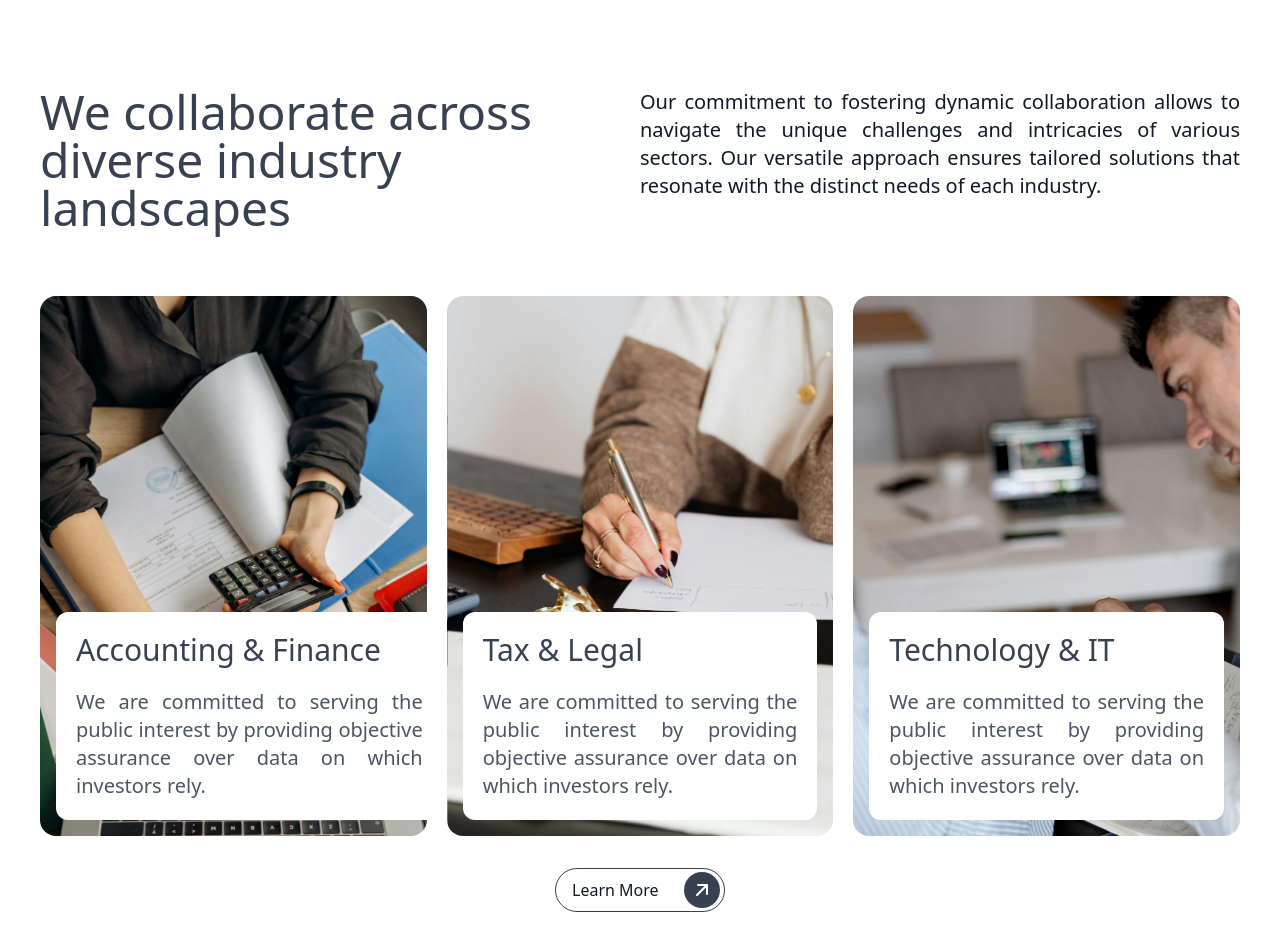
Repository: vespersolutionspk18/integrast-website
Page: /
These files come from the project's save history. The page is drawn as it stood at one moment and after the next save; the edit follows.
The browser window is 1280 px wide. The pictures show the part of the page from y = 850 to 1802 px (the page is 1802 px tall).
The project was rebuilt for these pictures with package versions that can differ from the ones it lists, and the page was loaded fresh each time. The framework's server and built-in components were replaced by stand-ins that run in the browser. Also part of the build but not shown: next.config.ts.

Above is the page before, as saved 2024-12-09 16:26:39.

### app/layout.tsx
import type { Metadata } from "next";
import localFont from "next/font/local";
import "./globals.css";

const geistSans = localFont({
  src: "./fonts/GeistVF.woff",
  variable: "--font-geist-sans",
  weight: "100 900",
});
const geistMono = localFont({
  src: "./fonts/GeistMonoVF.woff",
  variable: "--font-geist-mono",
  weight: "100 900",
});

export const metadata: Metadata = {
  title: "Integra Strategy",
  description: "-",
};

export default function RootLayout({
  children,
}: Readonly<{
  children: React.ReactNode;
}>) {
  return (
    <html lang="en">
      <body
        className={`${geistSans.variable} ${geistMono.variable} antialiased`}
      >
        {children}
      </body>
    </html>
  );
}

### app/page.tsx
import Image from "next/image";
import Header from "./Header";
import Hero from "./Hero";
import Services from "./Services";

export default function Home() {
  return (
    <div>
      <Header />
      <Hero />
      <Services />
    </div>
  );
}

### app/Hero.tsx
import React from 'react'
import ButtonArrowwhite from "@/public/assets/buttonarrowwhite.svg";
import ButtonArrow from "@/public/assets/buttonarrow.svg";
const Hero = () => {
  return (
    <div className="flex flex-col p-10 ">
        <div className="flex flex-row mt-24 h-[190px] gap-5 ">
            <div className="w-[55%] flex flex-col">
                <h1 className="font-light font-sans text-6xl text-gray-600">Unlock Prosperity, <span className="text-gray-800">Choose Expert Guidance</span></h1>
                <h4 className="text-xl font-sans font-light text-gray-900 mt-6">Embark on a transformative journey to financial prosperity with our personalized accountancy services</h4>
            </div>
            <div className="w-[45%] flex flex-col justify-between ">
                <h4 className="text-xl text-justify font-light font-sans text-gray-900">Unlock tailored strategies, benefit from insightful guidances, and follow a clear pathway to achieve your financial success. Elevate your financial journey with our dedicated support and expertise. Contact us today to start your journey towards financial freedom.</h4>
                <div className="flex flex-row gap-5 pt-10">
                <div>
                <div id="button"
  className="group  bg-white h-[44px] flex-row border-[1px] border-gray-700 text-gray-900 text-[16px] py-1 px-1 font-light rounded-full hidden md:flex items-center justify-between w-[170px] transition-width duration-500 ease-in-out  hover:w-[195px] hover:bg-gray-700 hover:border-gray-700 hover:text-white hover:cursor-pointer "

>
  <div className="mx-3 font-sans font-regular">Get In Touch</div>
  <div className="bg-gray-700 rounded-full h-[36px] w-[36px] flex items-center justify-center transition-transform duration-500 ease-in-out group-hover:rotate-45">
    <ButtonArrowwhite className="h-[24px] w-[24px]" />
  </div>
            </div>
                </div>
                <div>
                <div id="button"
  className="group  bg-gray-700 h-[44px] flex-row border-[1px] border-gray-700 text-white text-[16px] py-1 px-1 font-light rounded-full hidden md:flex items-center justify-between w-[170px] transition-width duration-500 ease-in-out  hover:w-[195px] hover:bg-white hover:border-gray-700 hover:text-gray-700 hover:cursor-pointer "

>
  <div className="mx-3 font-sans font-regular">Get a Quote</div>
  <div className="bg-white rounded-full h-[36px] w-[36px] flex items-center justify-center transition-transform duration-500 ease-in-out group-hover:rotate-45 group-hover:border-[1px] group-hover:border-gray-700">
    <ButtonArrow className="h-[24px] w-[24px]" />
  </div>
            </div>
                </div>

                </div>
            </div>
        </div>


        <div className="flex flex-row h-[380px] gap-4 mt-16">
            <div className="w-[70%] transition-all duration-500 ease-in-out hover:w-[80%] rounded-2xl bg-cover bg-center" style={{backgroundImage: `url('/assets/heroimage3.jpg')`}}></div>
            <div className="w-[30%] transition-all duration-500 ease-in-out hover:w-[40%] flex flex-col justify-between ">
                <div className="w-full h-full rounded-2xl bg-cover bg-center" style={{backgroundImage: `url('/assets/heroimage4.jpg')`}}></div>
                <h5 className="font-sans text-gray-900 text-justify text-xl mt-3  font-light">Tailored solutions, expert guidance, and strategic planning to secure your wealth and achieve your financial goals seamlessly</h5>
            </div>
        </div>
    </div>
  )
}

export default Hero

### app/Services.tsx
import React from 'react'
import ButtonArrowwhite from "@/public/assets/buttonarrowwhite.svg";
import ButtonArrow from "@/public/assets/buttonarrow.svg";
const Services = () => {
  return (
    <div className="flex flex-col p-10 mt-16 items-center ">
        <div className="flex flex-row items-start justify-start ">
            <div className="w-1/2 font-sans font-light text-5xl text-gray-700">We collaborate across diverse industry landscapes</div>
            <div className="w-1/2 font-sans text-gray-900 text-justify text-xl  font-light">Our commitment to fostering dynamic collaboration allows to navigate the unique challenges and intricacies of various sectors. Our versatile approach ensures tailored solutions that resonate with the distinct needs of each industry.</div>
        </div>
        <div className="flex flex-row gap-5 mt-16">
            <div className="rounded-2xl w-1/3 h-[540px] bg-cover bg-center flex items-end  " style={{backgroundImage: `url('/assets/audit.jpg')`}}>
            <div className="group">
  <div className="bg-white m-4 w-full rounded-[12px] flex flex-col relative transition-all duration-500 ease-in-out hover:pb-[120px] min-h-[180px]">
    <h5 className="ml-5 mt-5 mr-5 mb-5 font-sans text-3xl text-gray-700 font-light">
      Accounting & Finance
    </h5>
    <p className="ml-5 mr-5 mb-5 text-justify font-sans font-light text-xl text-gray-600">
      We are committed to serving the public interest by providing objective assurance over data on which investors rely.
    </p>
    {/* Hidden div */}
    <div className="absolute bottom-5 left-5 bg-blue-500 text-white px-4 py-2 rounded-md opacity-0 invisible transition-all duration-500 group-hover:opacity-100 group-hover:visible">
      Learn More
    </div>
  </div>
</div>

</div>
            <div className="rounded-2xl w-1/3 h-[540px] bg-cover bg-center flex items-end" style={{backgroundImage: `url('/assets/tax.jpg')`}}>
            <div className="bg-white m-4 w-full rounded-[12px] flex flex-col transition-all duration-500 ease-in-out hover:pb-[120px] min-h-[180px]">
  <h5 className="ml-5 mt-5 mr-5 mb-5 font-sans text-3xl text-gray-700 font-light">
    Tax & Legal
  </h5>
  <p className="ml-5 mr-5 mb-5 text-justify font-sans font-light text-xl text-gray-600">
    We are committed to serving the public interest by providing objective assurance over data on which investors rely.
  </p>
</div>
</div>
            <div className="rounded-2xl w-1/3 h-[540px] bg-cover bg-center flex items-end" style={{backgroundImage: `url('/assets/tech.jpg')`}}>
            <div className="bg-white m-4 w-full rounded-[12px] flex flex-col transition-all duration-500 ease-in-out hover:pb-[120px] min-h-[180px]">
  <h5 className="ml-5 mt-5 mr-5 mb-5 font-sans text-3xl text-gray-700 font-light">
    Technology & IT
  </h5>
  <p className="ml-5 mr-5 mb-5 text-justify font-sans font-light text-xl text-gray-600">
    We are committed to serving the public interest by providing objective assurance over data on which investors rely.
  </p>
</div>
</div>
        </div>
        <div className="mt-8">
                <div id="button"
  className="group  bg-white h-[44px] flex-row border-[1px] border-gray-700 text-gray-900 text-[16px] py-1 px-1 font-light rounded-full hidden md:flex items-center justify-between w-[170px] transition-width duration-500 ease-in-out hover:cursor-pointer  hover:w-[195px] hover:bg-gray-700 hover:border-gray-700 hover:text-white "

>
  <div className="mx-3 font-sans font-regular">Learn More</div>
  <div className="bg-gray-700 rounded-full h-[36px] w-[36px] flex items-center justify-center transition-transform duration-500 ease-in-out group-hover:rotate-45">
    <ButtonArrowwhite className="h-[24px] w-[24px]" />
  </div>
            </div>
                </div>
    </div>
  )
}

export default Services

Loaded but not shown: app/globals.css (common file); app/Header.tsx (common file); tailwind.config.ts (common file)

After the next save:
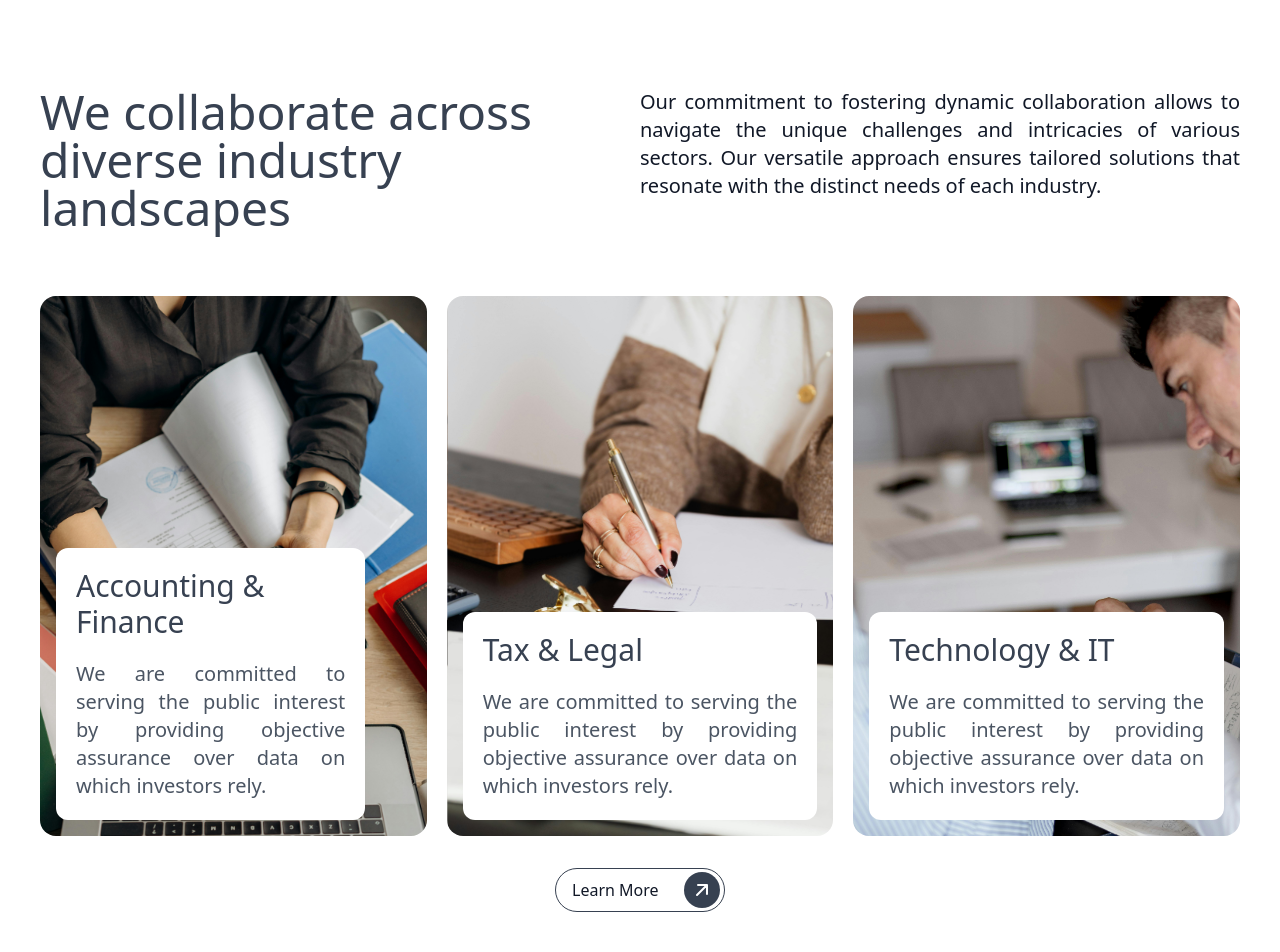
Saved 30 s later.
--- a/app/Services.tsx
+++ b/app/Services.tsx
@@ -11,7 +11,7 @@ const Services = () => {
         <div className="flex flex-row gap-5 mt-16">
             <div className="rounded-2xl w-1/3 h-[540px] bg-cover bg-center flex items-end  " style={{backgroundImage: `url('/assets/audit.jpg')`}}>
             <div className="group">
-  <div className="bg-white m-4 w-full rounded-[12px] flex flex-col relative transition-all duration-500 ease-in-out hover:pb-[120px] min-h-[180px]">
+  <div className="bg-white m-4 w-[80%] rounded-[12px] flex flex-col relative transition-all duration-500 ease-in-out hover:pb-[120px] min-h-[180px]">
     <h5 className="ml-5 mt-5 mr-5 mb-5 font-sans text-3xl text-gray-700 font-light">
       Accounting & Finance
     </h5>
